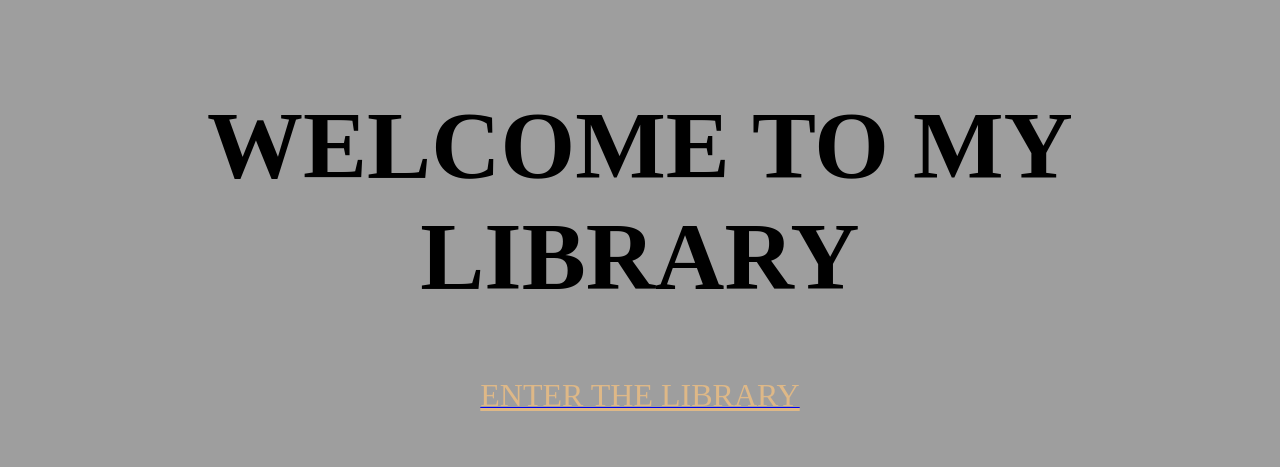
Repository: subhamsourabh265/LibManagementSystemJ2EE-
Page: library/WebContent/mylib.html
The author's editor kept a copy of each file at every save. The page is drawn from the files as they stood at one save, then again after the next save.
The browser window is 1280 px wide. The pictures show the whole page.

Above is the page before, as saved 2015-07-06 19:43:51.

After the next save:
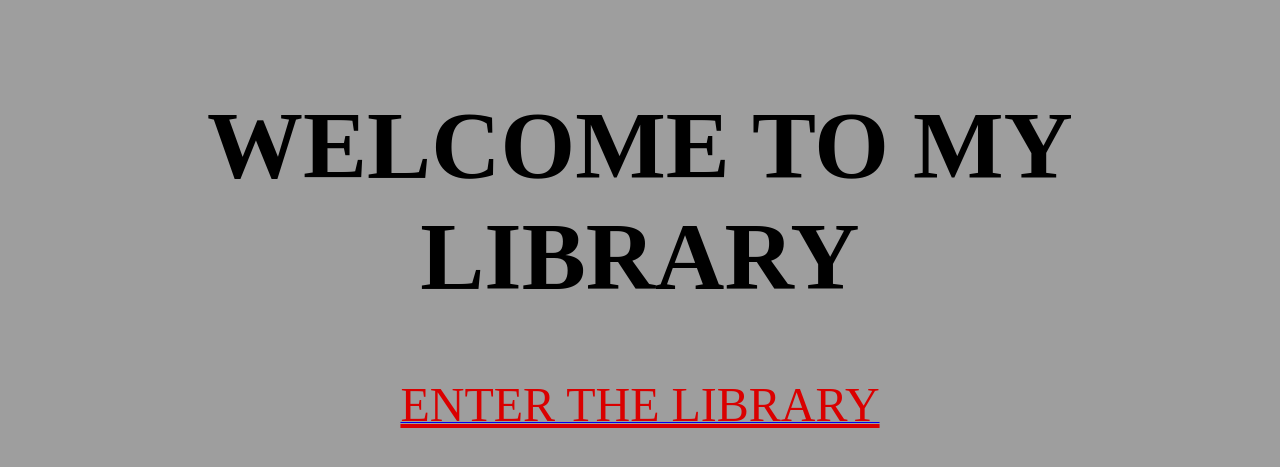
Saved 72 s later.
--- a/library/WebContent/mylib.html
+++ b/library/WebContent/mylib.html
@@ -15,7 +15,7 @@ WELCOME TO MY LIBRARY
 
 <a  href =  "mylogin.html" >
 <p style= "text-align:center" >
-<font size=6  color = burlywood >
+<font size= 12 color = dark >
 <u>
 ENTER  THE  LIBRARY
 </u>
